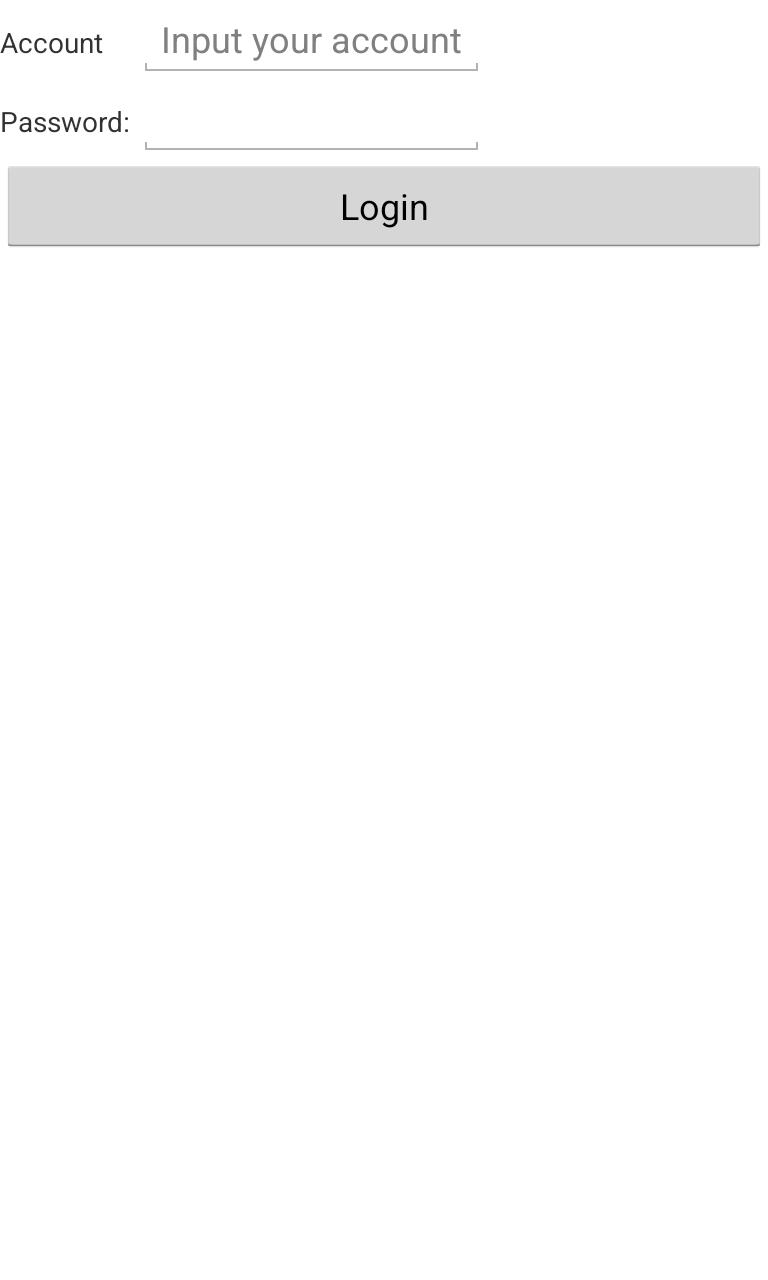
Repository: Wang-Xuan/Hello-World
Layout: UILayoutTest/res/layout/activity_main.xml
The author's editor kept a copy of each file at every save. The layout is drawn from the files as they stood at one save, then again after the next save.
It is drawn on a 768 x 1280 px phone screen (xhdpi) without system bars, with theme AppTheme; the app's code is not run.

Above is the layout before, as saved 2014-12-07 07:33:33.

### UILayoutTest/res/layout/activity_main.xml
<TableLayout xmlns:android="http://schemas.android.com/apk/res/android"
    android:layout_width="match_parent"
    android:layout_height="match_parent" >

	<TableRow>

	    <TextView
	        android:layout_height="wrap_content"
	        android:text="Account" />

	    <EditText
	        android:id="@+id/account"
	        android:layout_height="wrap_content"
	        android:hint="Input your account" />

	</TableRow>

	<TableRow>

	    <TextView
	        android:layout_height="wrap_content"
	        android:text="Password:" />

	    <EditText
	        android:id="@+id/password"
	        android:layout_height="wrap_content"
	        android:inputType="textPassword" />

	</TableRow>

	<TableRow>

	    <Button
	        android:id="@+id/login"
	        android:layout_height="wrap_content"
	        android:layout_weight="2"
	        android:text="Login" />

	</TableRow>

</TableLayout>

Loaded but not shown: UILayoutTest/res/values/styles.xml (common file); UILayoutTest/res/values-v11/styles.xml (common file); UILayoutTest/res/values-v14/styles.xml (common file)

After the next save:
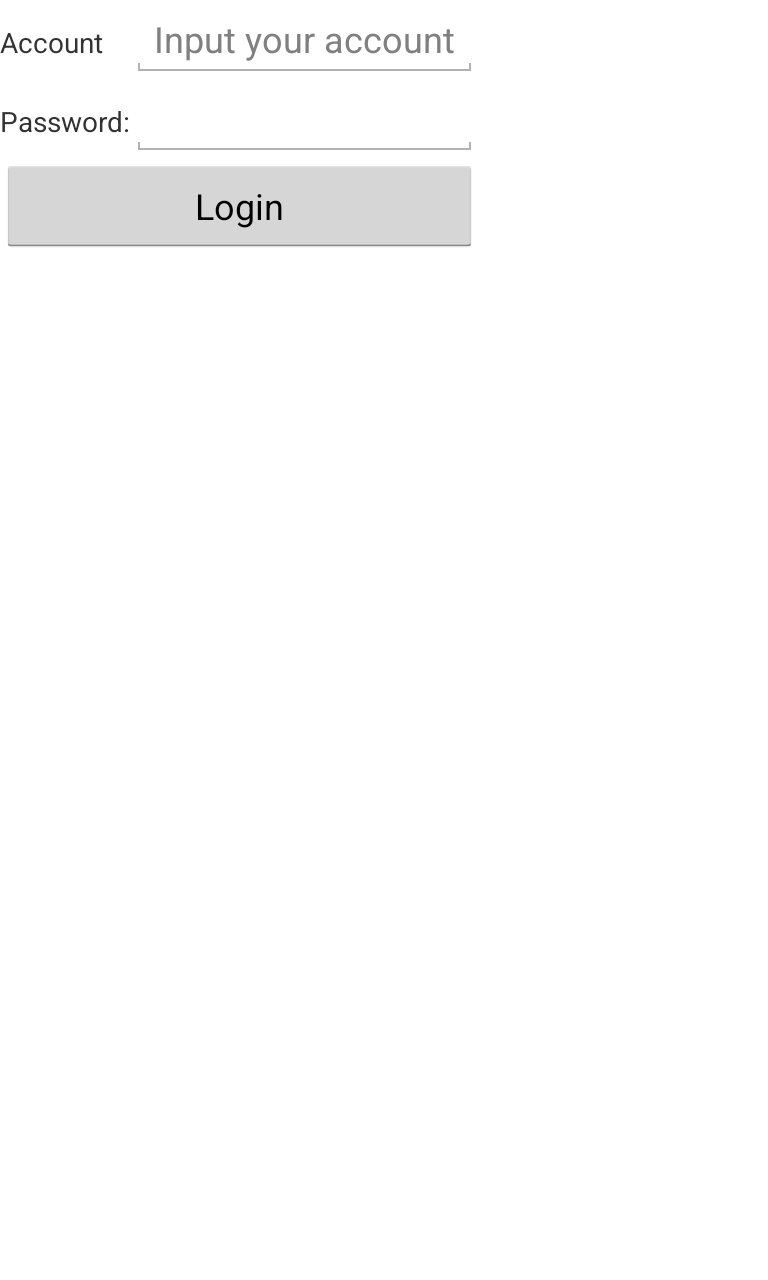
Saved 2 min 50 s later.
--- a/UILayoutTest/res/layout/activity_main.xml
+++ b/UILayoutTest/res/layout/activity_main.xml
@@ -33,7 +33,7 @@
 	    <Button
 	        android:id="@+id/login"
 	        android:layout_height="wrap_content"
-	        android:layout_weight="2"
+	        android:layout_span="2"
 	        android:text="Login" />
 
 	</TableRow>
